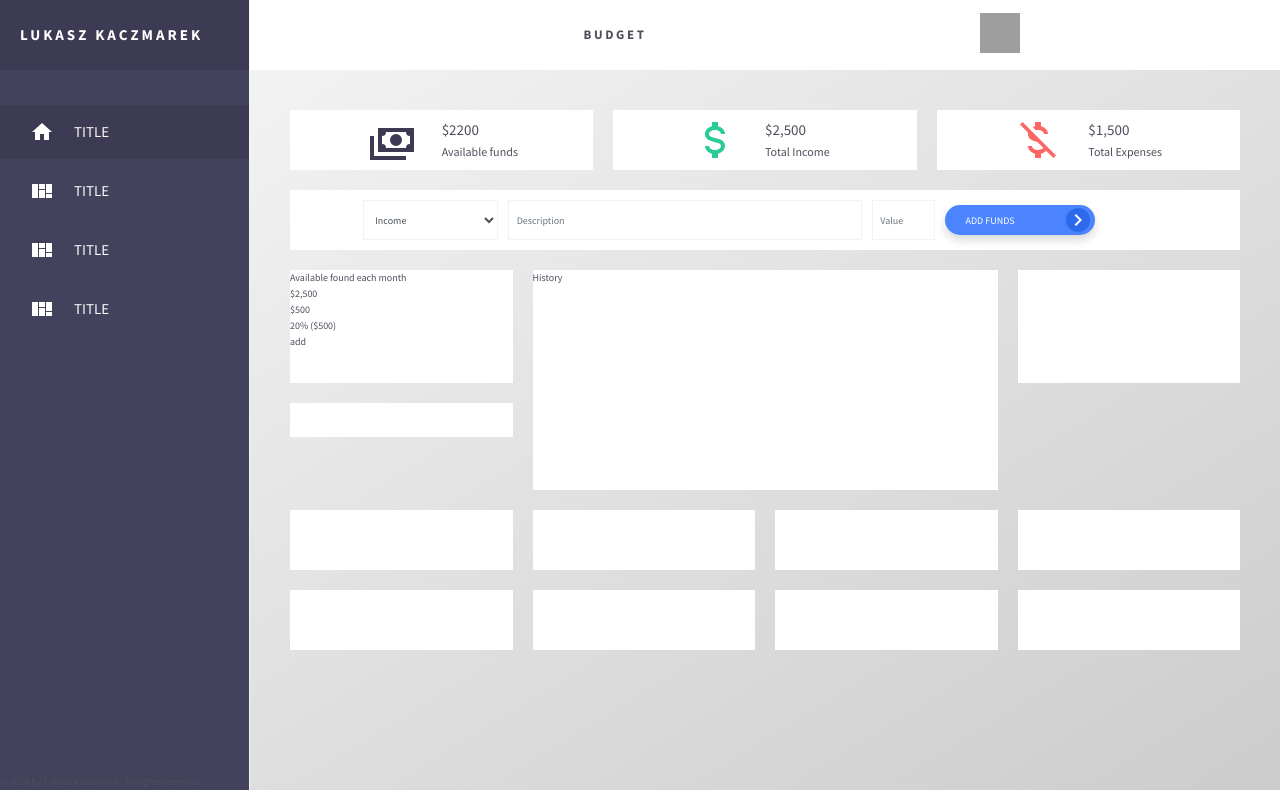
Repository: Archezi/BudgetApplication
Page: index.html
The author's editor kept a copy of each file at every save. The page is drawn from the files as they stood at one save, then again after the next save.
The browser window is 1280 px wide. The pictures show the whole page.
Pictures or frames that could not be fetched are drawn as grey boxes. The style sheet was rebuilt from its Sass, Less or Tailwind sources for each picture, by a compiler version that may differ from the author's.

Above is the page before, as saved 2018-08-30 08:35:17.
Console error: TypeError: $(...).formSelect is not a function

### index.html
<!DOCTYPE html>
<html lang="en">
<head>
    <meta charset="UTF-8">
    <meta name="viewport" content="width=device-width, initial-scale=1.0">
    <meta http-equiv="X-UA-Compatible" content="ie=edge">
    <link href="https://fonts.googleapis.com/css?family=Source+Sans+Pro:300,400,700" rel="stylesheet">
    <!--Import Google Icon Font-->
    <link href="https://fonts.googleapis.com/icon?family=Material+Icons" rel="stylesheet">
    <!--Import materialize.css-->
    <link type="text/css" rel="stylesheet" href="css/bootstrap.min.css"  media="screen,projection"/>
    <!-- Website style.css-->
    <link rel="stylesheet" href="css/style.comp.css">

    <title>Budget Application</title>

</head>
<body>
   <div class="web__container">
        <header class="header">
            <div class="logo">
                <h1>Lukasz Kaczmarek</h1>
            </div>
            <div class="page_title">
                <h2>Budget</h2>
            </div>
            <div class="user-nav">
                <div class="user-nav__icon"></div>
                <div class="user-nav__profile">
                    <img src="https://source.unsplash.com/random/40x40" alt="">
                </div>
            </div>
        </header>

        <div class="content">
            <nav class="sidebar">
                <ul class="side-nav">
                    <li class="side-nav__item side-nav__item--active">
                        <a href="#" class="side-nav__link">
                                <svg class="side-nav__icon" style="width:24px;height:24px" viewBox="0 0 24 24">
                                    <path fill="#fff" d="M10,20V14H14V20H19V12H22L12,3L2,12H5V20H10Z" />
                                </svg>
                            <span>Title</span>
                        </a>
                    </li>
                    <li class="side-nav__item ">
                        <a href="#" class="side-nav__link">
                            <svg class="side-nav__icon" style="width:24px;height:24px" viewBox="0 0 24 24">
                                <path fill="#000000" d="M2,5V19H8V5H2M9,5V10H15V5H9M16,5V14H22V5H16M9,11V19H15V11H9M16,15V19H22V15H16Z" />
                            </svg>
                            <span>Title</span>
                        </a>
                    </li>
                    <li class="side-nav__item ">
                        <a href="#" class="side-nav__link">
                            <svg class="side-nav__icon" style="width:24px;height:24px" viewBox="0 0 24 24">
                                <path fill="#000000" d="M2,5V19H8V5H2M9,5V10H15V5H9M16,5V14H22V5H16M9,11V19H15V11H9M16,15V19H22V15H16Z" />
                            </svg>
                            <span>Title</span>
                        </a>
                    </li>
                    <li class="side-nav__item ">
                        <a href="#" class="side-nav__link">
                            <svg class="side-nav__icon" style="width:24px;height:24px" viewBox="0 0 24 24">
                                <path fill="#000000" d="M2,5V19H8V5H2M9,5V10H15V5H9M16,5V14H22V5H16M9,11V19H15V11H9M16,15V19H22V15H16Z" />
                            </svg>
                            <span>Title</span>
                        </a>
                    </li>
                </ul>

                <div class="legal">
                    &copy; 2018 by Lukasz Kaczmarek. All rights reserved.
                </div>
            </nav>

            <div class="main">

                <div class="overview">
                    <div class="total__available-funds">
                        <svg style="width:48px;height:48px" viewBox="0 0 24 24">
                            <path fill="#000000" d="M5,6H23V18H5V6M14,9A3,3 0 0,1 17,12A3,3 0 0,1 14,15A3,3 0 0,1 11,12A3,3 0 0,1 14,9M9,8A2,2 0 0,1 7,10V14A2,2 0 0,1 9,16H19A2,2 0 0,1 21,14V10A2,2 0 0,1 19,8H9M1,10H3V20H19V22H1V10Z" />
                        </svg>
                        <div class="total-funds">$2200</div>
                        <div class="total-funds-description">Available funds</div>
                    </div>
                    <div class="total__income">
                        <svg style="width:48px;height:48px" viewBox="0 0 24 24">
                            <path fill="#000000" d="M7,15H9C9,16.08 10.37,17 12,17C13.63,17 15,16.08 15,15C15,13.9 13.96,13.5 11.76,12.97C9.64,12.44 7,11.78 7,9C7,7.21 8.47,5.69 10.5,5.18V3H13.5V5.18C15.53,5.69 17,7.21 17,9H15C15,7.92 13.63,7 12,7C10.37,7 9,7.92 9,9C9,10.1 10.04,10.5 12.24,11.03C14.36,11.56 17,12.22 17,15C17,16.79 15.53,18.31 13.5,18.82V21H10.5V18.82C8.47,18.31 7,16.79 7,15Z" />
                        </svg>
                        <div class="total__income-funds">$2,500</div>
                        <div class="total__income-description">Total Income</div>

                    </div>
                    <div class="total__expenses">
                        <svg style="width:48px;height:48px" viewBox="0 0 24 24">
                            <path fill="#000000" d="M3,4.27L4.28,3L21,19.72L19.73,21L16.06,17.33C15.44,18 14.54,18.55 13.5,18.82V21H10.5V18.82C8.47,18.31 7,16.79 7,15H9C9,16.08 10.37,17 12,17C13.13,17 14.14,16.56 14.65,15.92L11.68,12.95C9.58,12.42 7,11.75 7,9C7,8.77 7,8.55 7.07,8.34L3,4.27M10.5,5.18V3H13.5V5.18C15.53,5.69 17,7.21 17,9H15C15,7.92 13.63,7 12,7C11.63,7 11.28,7.05 10.95,7.13L9.4,5.58L10.5,5.18Z" />
                        </svg>
                        <div class="total__expenses-funds">$1,500</div>
                        <div class="total__expenses-description">Total Expenses</div>

                    </div>
                </div>
                <div class="input__section-wrapper">
                    <div class="input__section">
                        <select  class="form-control input__type ">
                            <!-- <option value="" >Choose type</option> -->
                            <option class="input__option" value="inc">Income</option>
                            <option class="input__option" value="exp">Expense</option>
                        </select>
                        <input placeholder="Description" class="form-control input__description" type="text">
                        <input placeholder="Value" class="form-control input__value" type="text">
                        <button class="shadow btn input__btn add__btn">Add Funds
                                <svg style="width:24px;height:24px" viewBox="0 0 24 24">
                                    <path fill="#000000" d="M8.59,16.58L13.17,12L8.59,7.41L10,6L16,12L10,18L8.59,16.58Z" />
                                </svg>
                        </button>
                    </div>
                </div>




                <div class="budget">
                    <div class="available-funds-panel">
                        <div class="available-funds__title">Available found each month</div>
                        <div class="available-found__value">$2,500</div>
                        <div class="available-found__deposit">$500</div>
                        <div class="available-found__deposit--percentage">20% ($500)</div>
                        <div class="available-found__btn add__btn">
                            <i></i>add
                        </div>
                    </div>
                    <div class="income-panel">
                    </div>
                    <div class="history-panel">
                        <div class="history-panel--title">History</div>
                        <div class="history__income-container">

                        </div>


                        <div class="history__expense-container"></div>

                    </div>
                    <div class="expenses-panel"></div>
                </div>
                <div class="statistics">
                    <div class="net-profit-panel"></div>
                    <div class="tax-panel"></div>
                    <div class="savings-panel"></div>
                    <div class="projections"></div>

                </div>
                <div class="statistics">
                    <div class="net-profit-panel"></div>
                    <div class="tax-panel"></div>
                    <div class="savings-panel"></div>
                    <div class="projections"></div>

                </div>



            </div>


        </div>




   </div>

   <!-- Compiled and minified JavaScript -->
   <script src="js/jquery.min.js"></script>
   <script src="js/bootstrap.js"></script>
   <!-- <script src="https://cdnjs.cloudflare.com/ajax/libs/materialize/1.0.0-rc.2/js/materialize.min.js"></script> -->
   <script src="js/myscript.js"></script>
</body>
</html>

### js/myscript.js
$(document).ready(function(){
    $('select').formSelect();
  });

### sass/main.scss
@import "base/reset";
@import "base/base";
@import "base/typography";

@import "abstracts/variables";
@import "components/mainComponent";
@import "components/layout";

### sass/base/_base.scss
:root {
    --color-primary: #eb2f64;
    --color-primary-light: #FF3366;
    --color-primary-dark: #BA265D;

    --color-background-dark: #3C3B53;
    --color-background-light: #43425D;

    --color-grey-light-1: #faf9f9;
    --color-grey-light-2: #f4f2f2;
    --color-grey-light-3: #f0eeee;
    --color-grey-light-4: #ccc;

    --color-grey-dark-1: #333;
    --color-grey-dark-2: #4D4F5C;
    --color-grey-dark-3: #999;
    --color-white: #fff;
    --shadow-dark: 0 2rem 6rem rgba(0,0,0,.3);
    --shadow-light: 0 2rem 5rem rgba(0,0,0,.06);


    --button-primary-blue: #4c84ff;
    --button-primary-blue-darker: #2d69eb;
    --button-secondary-green: #2bcb98;
    --button-secondary-red: #FF6565;

    --line: 1px solid var(--color-grey-light-2);
}

$bp-largest: 75em;     // 1200px
$bp-large: 68.75em;    // 1100px
$bp-medium: 56.25em;   // 900px
$bp-small: 37.5em;     // 600px
$bp-smallest: 31.25em; // 500px

* {
    margin: 0;
    padding: 0;
}

*,
*::before,
*::after {
    box-sizing: inherit;
}

html {
    box-sizing: border-box;
    font-size: 62.5%; // 1rem = 10px, 10px/16px = 62.5%

    @media only screen and (max-width: $bp-large) {
        font-size: 50%;
    }
}

body {


    color: var(--color-grey-dark-2);
    background-image: linear-gradient(to right bottom, var(--color-grey-light-1), var(--color-grey-light-4));
    background-size: cover;
    background-repeat: no-repeat;

    min-height: 100vh;
}

### sass/base/_typography.scss
body {

    font-weight: 400;
    line-height: 1.6;
    font-family: 'Source Sans Pro', sans-serif;
    text-rendering: optimizeLegibility;
    -webkit-font-smoothing: antialiased;

}

### sass/abstracts/_variables.scss
$header-height: 7rem;
$sidebar-width: 25rem;
$main: calc(4rem + $header-height );
$fraction: 1fr;

### sass/components/_mainComponent.scss

//////////////////////////////////////////
// Header

.logo {
    width: 25rem;
    padding: 0 2rem;

    border-right: var(--line);
    background: var(--color-background-dark);
    h1 {

        align-self: center;
        font-size: 1.5rem;
        font-weight: 700;
        line-height: 2rem;
        letter-spacing: 0.2em;
        text-transform: uppercase;
        padding: 2.5rem 0;
        color: var(--color-white);

    }
}
.page_title {
    width: 30rem;
    text-align: center;
    h2 {
        font-size: 1.3rem;
        font-weight: 700;
        letter-spacing: 0.2em;
        text-transform: uppercase;
    }
}
.user-nav {
    width: 30rem;
}
.side-nav {
    font-size: 1.5rem;
    list-style: none;
    margin-top: 3.5rem;

    &__item {
        position: relative;
        float: none;
        &:not(:last-child) {
            margin-bottom: .5rem;
        }
    }
    &__item::before {
        content: "";
        position: absolute;
        top: 0;
        left: 0;
        height: 100%;
        width: 3px;
        background-color: var(--color-background-dark);
        transform: scaleY(0);
        transition: transform .2s,
                    width .4s cubic-bezier(1,0,0,1) .2s,
                    background-color .1s;
    }

    &__item:hover::before,
    &__item--active::before {
        transform: scaleY(1);
        width: 100%;
    }

    &__item:active::before {
        background-color: var(--color-background-light);
    }

    &__link:link,
    &__link:visited {
        color: var(--color-grey-light-1);
        text-decoration: none;
        text-transform: uppercase;
        display: block;
        padding: 1.5rem 3rem;
        position: relative;
        z-index: 10;

        display: flex;
        align-items: center;

        @media only screen and (max-width: $bp-medium) {
            justify-content: center;
            padding: 2rem;
        }

        @media only screen and (max-width: $bp-small) {
            flex-direction: column;
            padding: 1.5rem .5rem;
        }
    }

    &__icon {
        width: 1.75rem;
        height: 1.75rem;
        margin-right: 2rem;
        fill: currentColor;
        path {
            fill: #fff;
        }
        @media only screen and (max-width: $bp-small) {
            margin-right: 0;
            margin-bottom: .7rem;
            width: 1.5rem;
            height: 1.5rem;
        }
    }
}

////////////////////////////////////////
// INPUT BAR
.input {
    &__section-wrapper {

    }
    &__section {

        .form-control {

            border-radius: 0;
            border-color: var(--color-grey-light-2);
        }
    }
    &__type {

    }
    &__description {

    }
    &__value {

    }
    &__option {
        width: 100%;
    }
    &__btn {
        position: relative;
        border-radius: 3rem;
        width: 15rem;
        height: 3rem;
        color: var(--color-white);
        background: var(--button-primary-blue);
        text-align: left;
        text-transform: uppercase;
        padding-left: 2rem;
        svg {
            position: absolute;
            top: 50%;
            right: .4rem;
            background-color: var(--button-primary-blue-darker);
            border-radius: 50%;
            transform: translateY(-50%);
            path { fill: var(--color-white);}

            &::before {
                width: 1rem;
                height: 1rem;
                padding: 1rem;
                border-radius: 50%;
                background: blue;
            }
        }
    }

}

### sass/components/_layout.scss
.web__container {
    max-width: 100% !important;
    min-height: 100vh;
    margin: 0 auto;

}

.header {
    height: $header-height;
    background: var(--color-white);
    position: fixed;
    top: 0;
    width: 100%;
    display: flex;
    justify-content: space-between;
    align-items: center;
    z-index: 1000;
}
.content {

}

///////////////////////////////////////
// SIDEBAR

.sidebar {
    border-right: var(--line);
    background-color: var(--color-background-light);
    position: fixed;
    left: 0;
    top: 0;
    width: 25rem;
    margin-top: $header-height;
    // width: 25rem;
    display: flex;
    flex-direction: column;
    justify-content: space-between;
    min-height: calc(100vh );
    z-index: 999;
}

//////////////////////////////////////////
// MAIN
.main {
    margin-top: $header-height;
    padding: 4rem 4rem 7rem 29rem;
    width: 100%;
    min-height: calc(100vh - 7rem);
    display: grid;
    grid-gap: 2rem;
    grid-auto-rows: minmax(5rem, auto);



    ////////////////////////////////////////
    // OVERVIEW
    .overview {
        display: grid;
        grid-gap: 2rem;
        grid-template-columns: repeat(3, 1fr);

        & > * {
            background: var(--color-white);
        }

        .total {
            &__available-funds {
                display: grid;
                grid-template-columns: 10rem 10rem;
                grid-auto-rows: auto;
                align-items: center;
                justify-content: center;
                svg {
                    justify-self: center;
                    grid-row: span 2;
                    path {
                        fill: var(--color-background-dark);
                    }
                }
            }
            &-funds {
                font-size: 1.5rem;
                font-weight: 400;
                align-self: end;
            }
            &-funds-description {
                font-size: 1.2rem;
                font-weight: 400;
                align-self: start;
            }

            &__income {

                display: grid;
                grid-template-columns: 10rem 10rem;
                grid-auto-rows: auto;
                align-items: center;
                justify-content: center;

                svg {
                    justify-self: center;
                    grid-row: span 2;
                    path {
                        fill: var(--button-secondary-green);
                    }
                }
                &-funds {
                    font-size: 1.5rem;
                    font-weight: 400;
                    align-self: end;
                }
                &-description {
                    font-size: 1.2rem;
                    font-weight: 400;
                    align-self: start;
                }
            }
            &__expenses {
                display: grid;
                grid-template-columns: 10rem 10rem;
                grid-auto-rows: auto;
                align-items: center;
                justify-content: center;

                svg {
                    justify-self: center;
                    grid-row: span 2;
                    path {
                        fill: var(--button-secondary-red);
                    }


                }
                &-funds {
                    font-size: 1.5rem;
                    font-weight: 400;
                    align-self: end;
                }
                &-description {
                    font-size: 1.2rem;
                    font-weight: 400;
                    align-self: start;
                }
            }
        }


    }

    ////////////////////////////////////////
    // INPUT BAR
    .input {
        &__section-wrapper {
            display: grid;

            background: var(--color-white);
            align-content: center;
            justify-content: center;

        }
        &__section {
            display: grid;
            grid-gap: 1rem;
            grid-template-columns: repeat(12, 1fr);
            align-items: center;

            .form-control {
                height: 4rem;
                border-radius: 0;
                border-color: var(--color-grey-light-2);
            }
        }
        &__type {
            grid-column: 2 / span 2;
        }
        &__description {
            grid-column: 4 / span 5;
        }
        &__value {
            grid-column: 9 / span 1;
        }
        &__btn {
            grid-column: 10 / span 1;

        }

    }
    ////////////////////////////////////////
    // BUDGET
    .budget {
        display: grid;
        grid-gap: 2rem;
        grid-template-columns: repeat(4, 1fr);
        grid-row: span 3;
        & > * {
            background: var(--color-white);
        }

        ////////////////////////////////////////
        // BUDGET - STATISTICS
        .history-panel {
            grid-column: 2 / span 2;
            grid-row: 1/ span 3;
            display: grid;
            grid-template-columns: 1fr 1fr;
            grid-template-rows: 1fr 6fr;
            &--title {
                grid-column: span 2;

            }
        }
    }
    ////////////////////////////////////////
    // BUDGET - STATISTICS
    .statistics {
        display: grid;
        grid-gap: 2rem;
        grid-template-columns: repeat(4, 1fr);

        & > * {
            background: var(--color-white);
        }

    }
}


//////////////////////////////////////////////@at-root
// Footer
.footer {
    position: absolute;
    bottom: 0;
    background: var(--color-white);
    z-index: 1;
    height: $header-height;
    width: calc(100%);
    z-index: 100;
}

Loaded but not shown: css/bootstrap.min.css (library); js/jquery.min.js (library); js/bootstrap.js (library); sass/base/_reset.scss (common file)

After the next save:
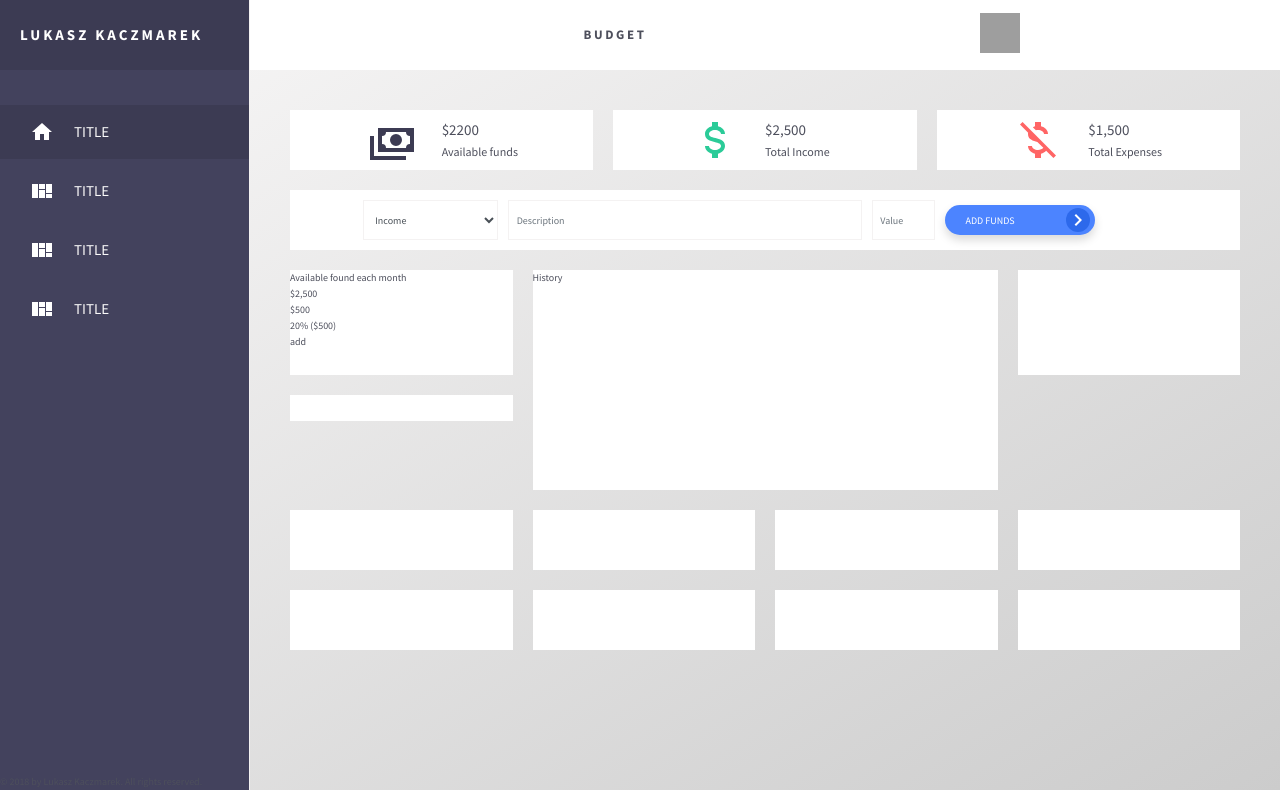
Saved 10 s later.
--- a/sass/components/_layout.scss
+++ b/sass/components/_layout.scss
@@ -203,7 +203,7 @@
             grid-row: 1/ span 3;
             display: grid;
             grid-template-columns: 1fr 1fr;
-            grid-template-rows: 1fr 6fr;
+            grid-template-rows: 1fr 8fr;
             &--title {
                 grid-column: span 2;
 
